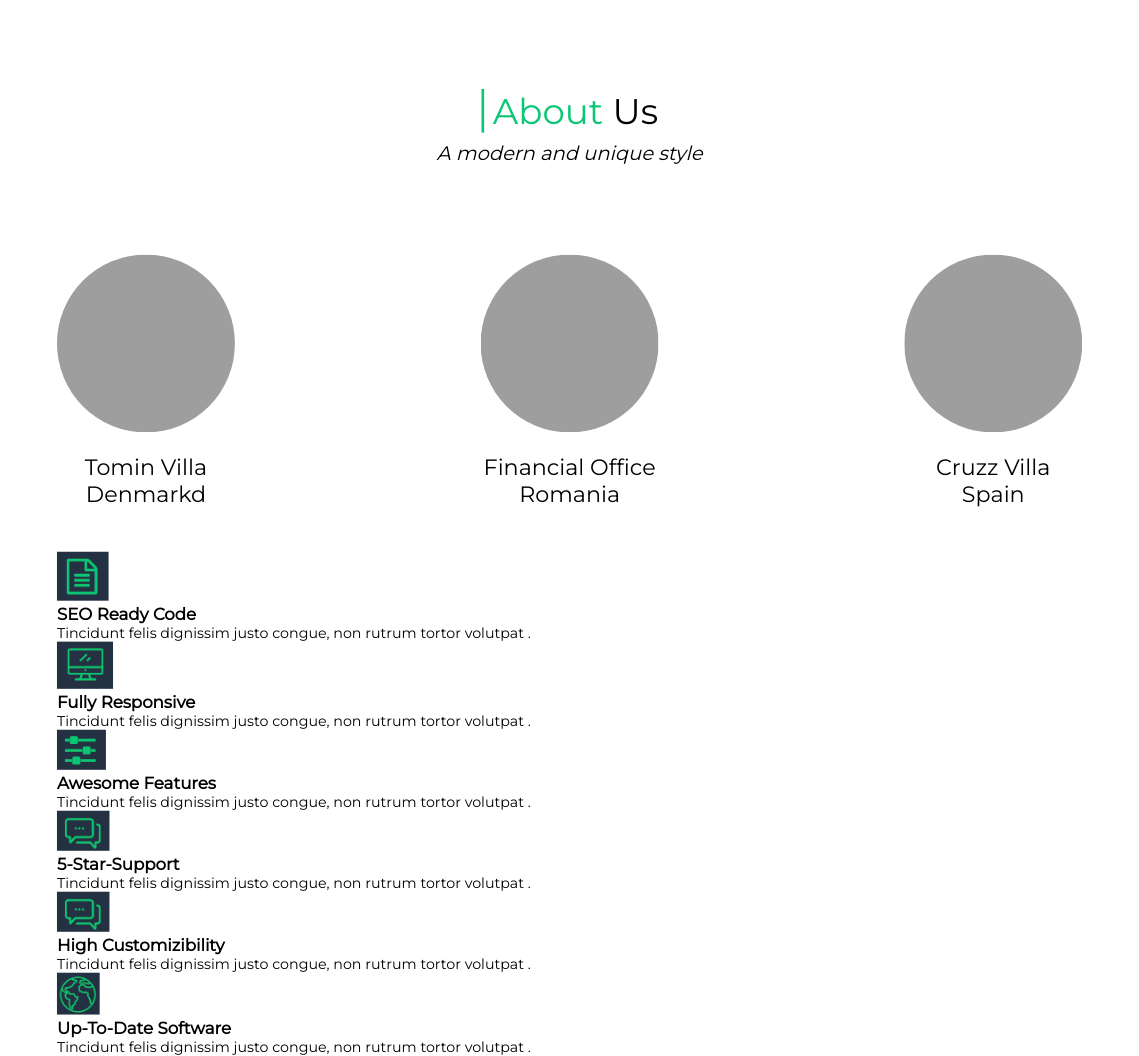
Repository: Yowani24/Real-Estate2
Page: index.html
The author's editor kept a copy of each file at every save. The page is drawn from the files as they stood at one save, then again after the next save.
The browser window is 1280 px wide. The pictures show the part of the page from y = 755 to 1947 px (the page is 1941 px tall before and 1947 px after), at 89% of full size.
Pictures or frames that could not be fetched are drawn as grey boxes. Some web fonts or font styles are not loaded; a fallback is used.

Above is the page before, as saved 2021-08-27 14:20:10.

After the next save:
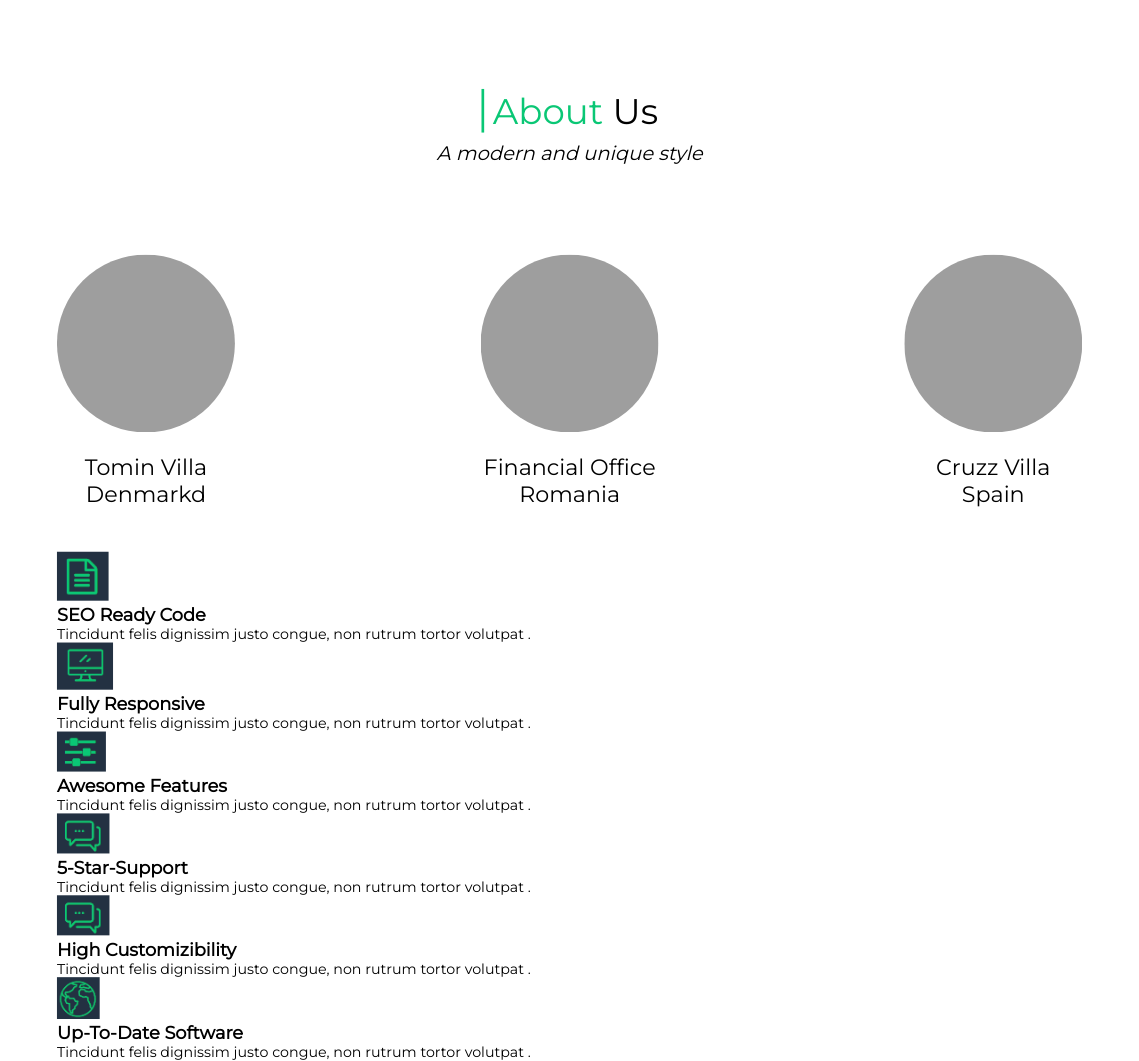
Saved 27 s later.
--- a/styles.css
+++ b/styles.css
@@ -161,6 +161,6 @@
 
 /* ======================SERVICES======================= */
 
-.services_box{
-
+.services_box h3{
+    font-size: 20px;
 }

After the save that followed:
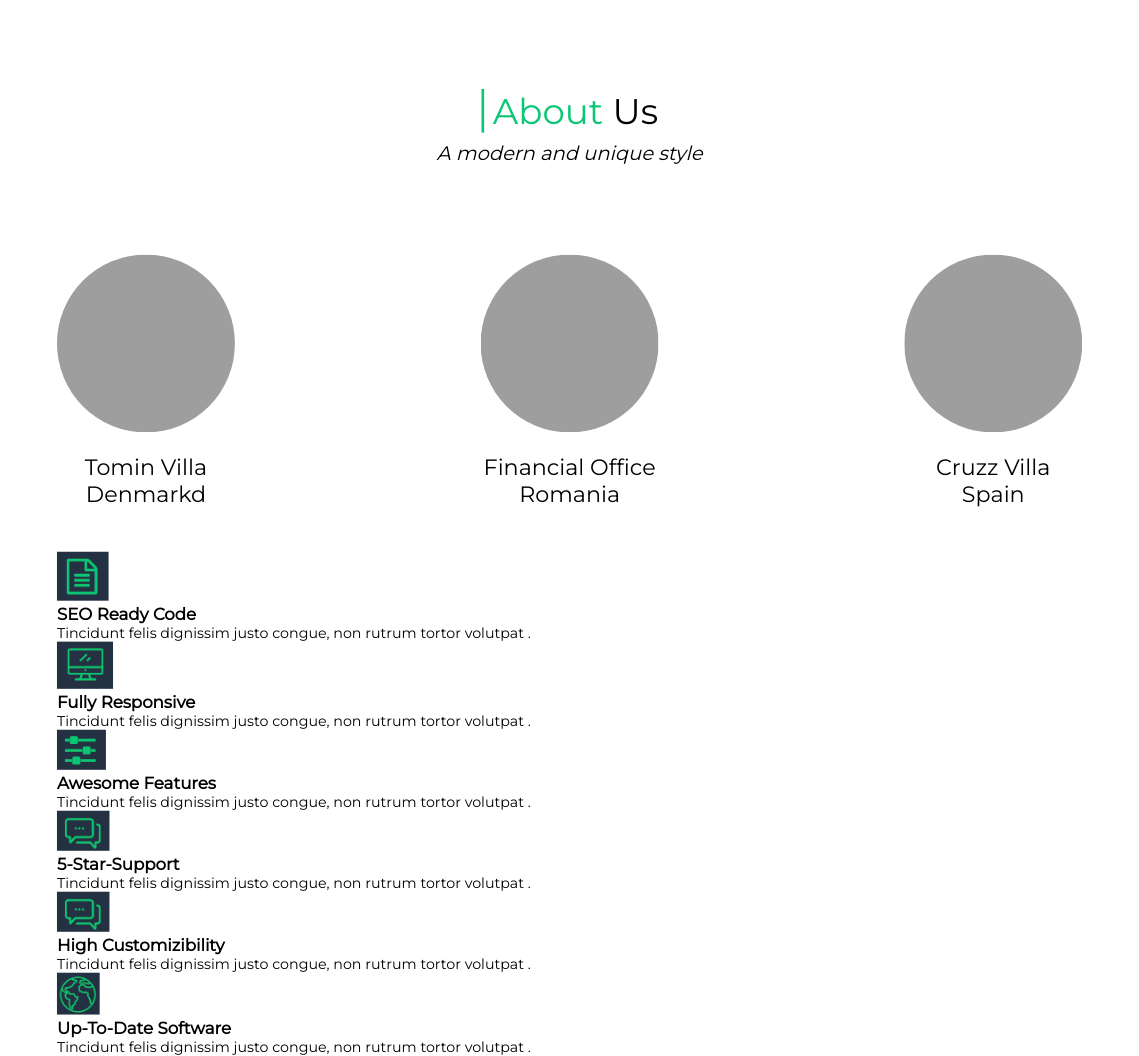
Saved 8 s later.
--- a/styles.css
+++ b/styles.css
@@ -161,6 +161,6 @@
 
 /* ======================SERVICES======================= */
 
-.services_box h3{
+.services_box h2{
     font-size: 20px;
 }
